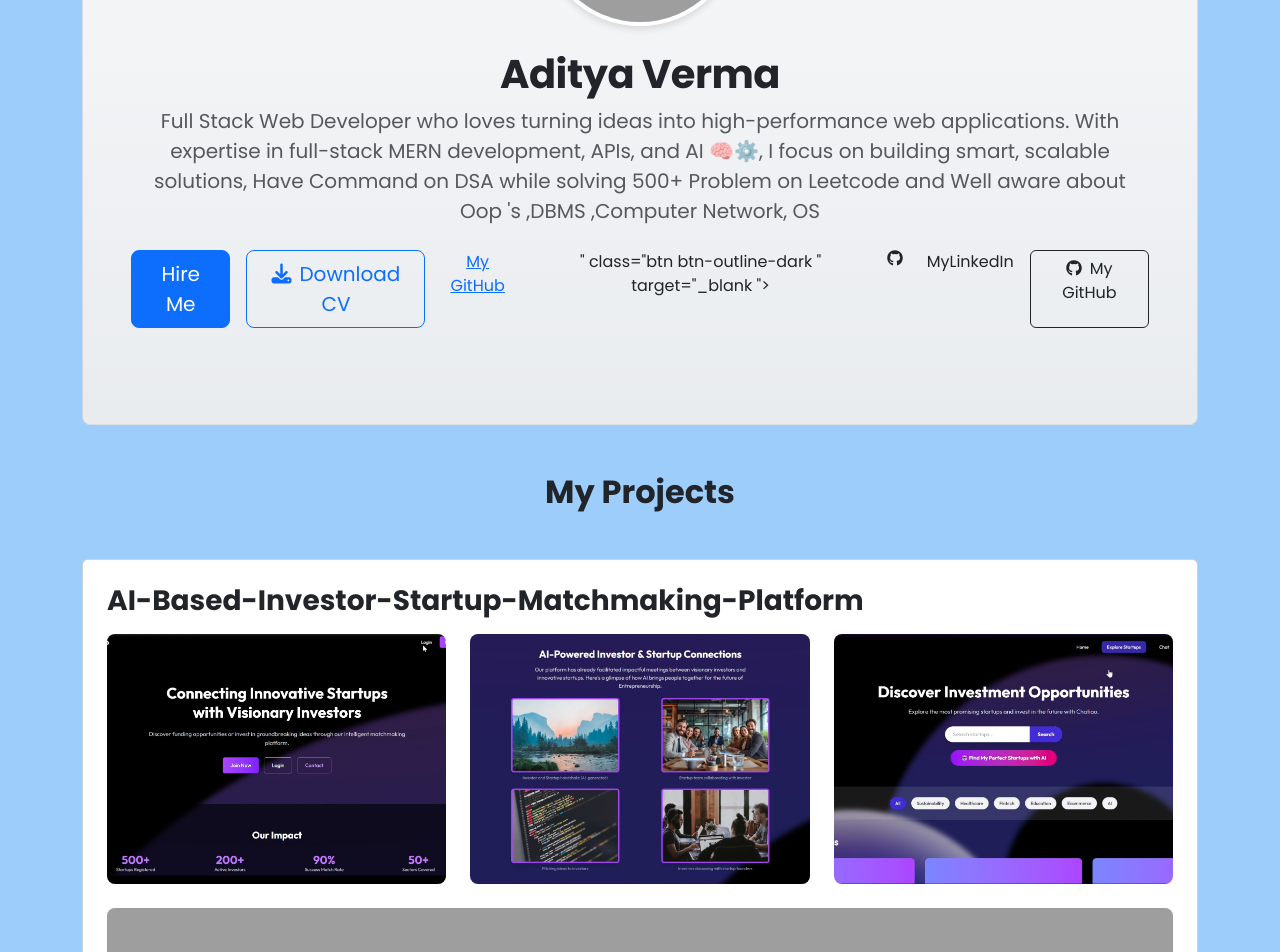
Repository: AdityaTech-Pro/Portfolio-Aditya-Verma
Page: Aditya Portfolio/index.html
The author's editor kept a copy of each file at every save. The page is drawn from the files as they stood at one save, then again after a run of saves.
The browser window is 1280 px wide. The pictures show the part of the page from y = 326 to 1278 px (the page is 5029 px tall before and 4999 px after).
Pictures or frames that could not be fetched are drawn as grey boxes.

Above is the page before, as saved 2026-01-07 23:25:25.
Console error: TypeError: Cannot read properties of null (reading 'addEventListener')

After the next 2 saves:
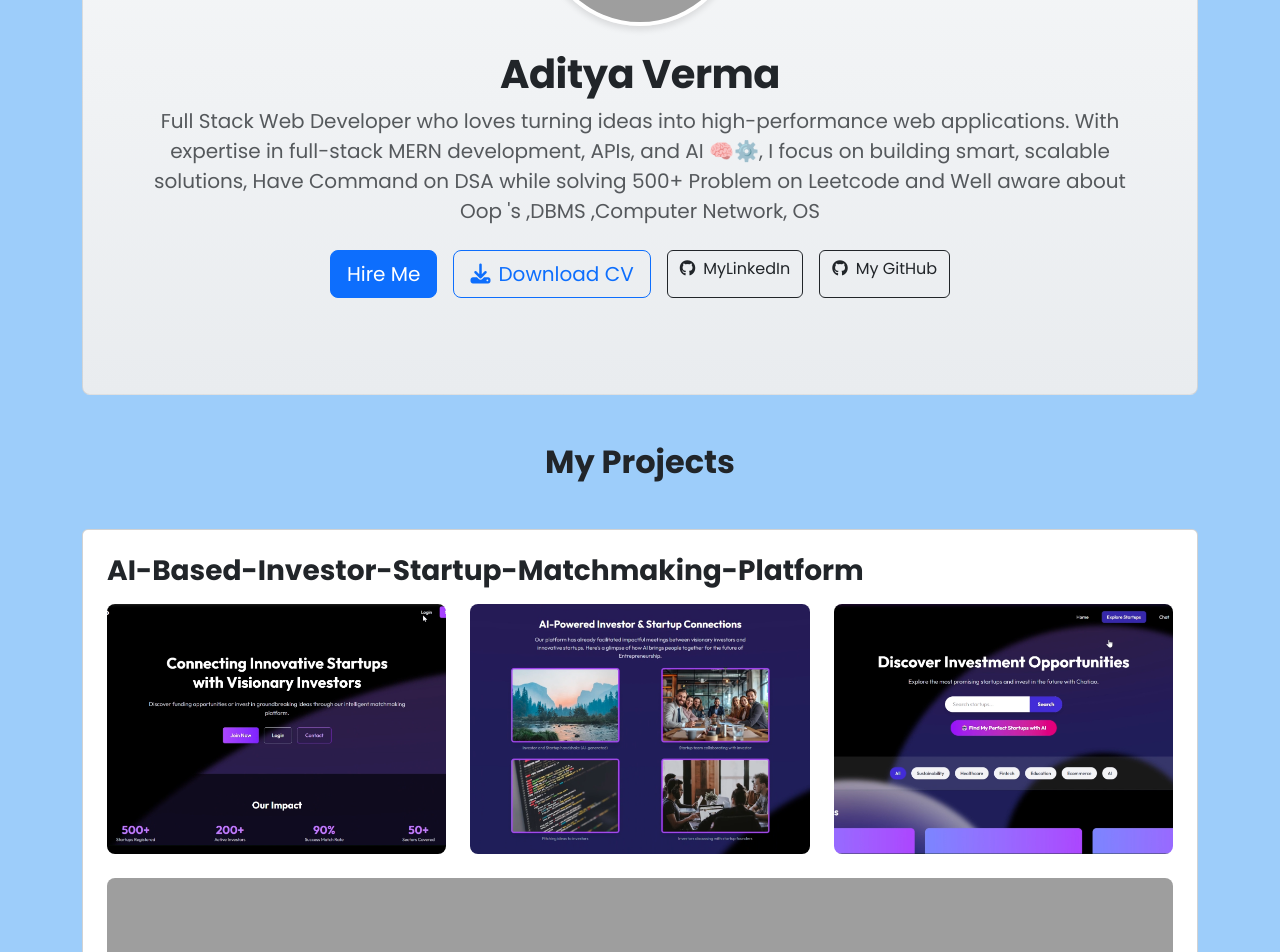
The 2 saves are shown as one change because they came seconds apart.
The last was saved 38 s later.
--- a/Aditya Portfolio/index.html
+++ b/Aditya Portfolio/index.html
@@ -232,9 +232,8 @@
                 <a href="./assets/Updated_Aditya_2Resume_by GLAFormat.pdf" class="btn btn-outline-primary btn-lg btn-custom" download>
                     <i class="fas fa-download me-2"></i>Download CV
                 </a>
-                <a href=""></i>My GitHub
-                </a>" class="btn btn-outline-dark " target="_blank ">
-                <i class="fab fa-github me-2 "></i>MyLinkedIn
+                <a href="https://github.com/AdityaTech-Pro" class="btn btn-outline-dark " target="_blank ">
+                    <i class="fab fa-github me-2 "></i>MyLinkedIn
                 </a>
                 <a href="https://github.com/AdityaTech-Pro" class="btn btn-outline-dark " target="_blank ">
                     <i class="fab fa-github me-2 "></i>My GitHub
